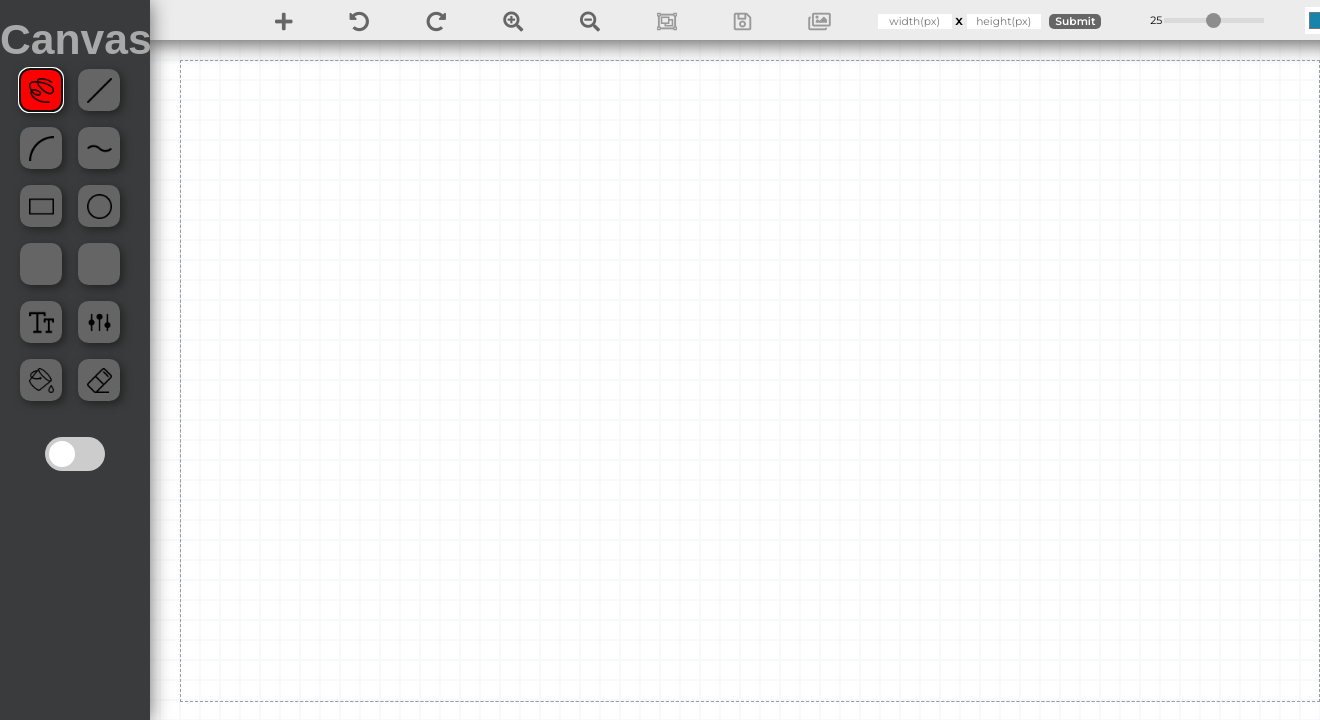
Repository: moryahng/myCanvasProject
Page: index.html
These files come from the project's save history. The page is drawn as it stood at one moment and after a run of saves; the edit follows.
The browser window is 1280 px wide. The page is 1320 px wide, so the pictures cover 1320 px, including what lies to the right of the window. The pictures show the whole page.
The first visible `.toolsbar-item` has the focus.
Some web fonts or font styles are not loaded; a fallback is used.

Above is the page before, as saved 2021-11-11 12:03:00.
Console error: SyntaxError: Unexpected token 'this'

After the next 2 saves:
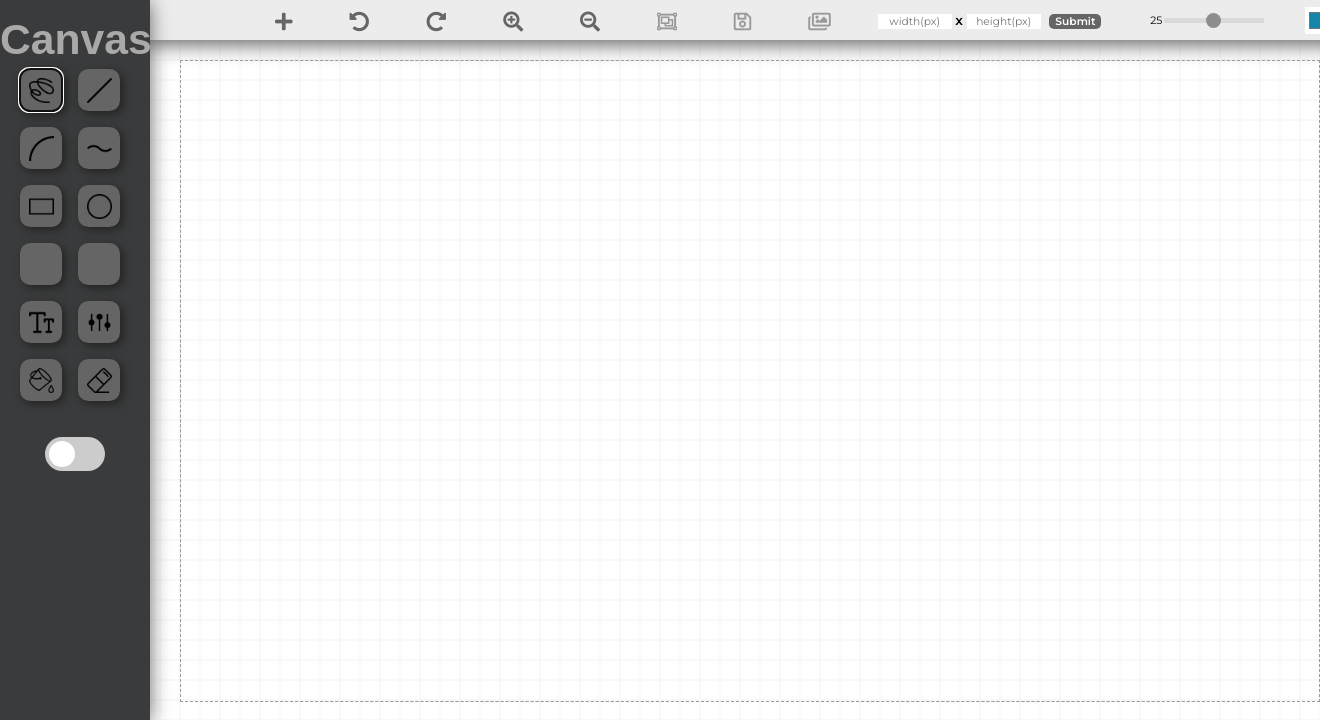
The 2 saves are shown as one change because they came seconds apart.
The last was saved 11 s later.
--- a/style.css
+++ b/style.css
@@ -306,8 +306,6 @@ input:checked + .toggleslider:before {
 
 /* selection change color */
 
-
-
-.toolsbar-item:focus{
-  background: red;
-}
+.toolsbar-item:hover{
+  background: white;
+}
